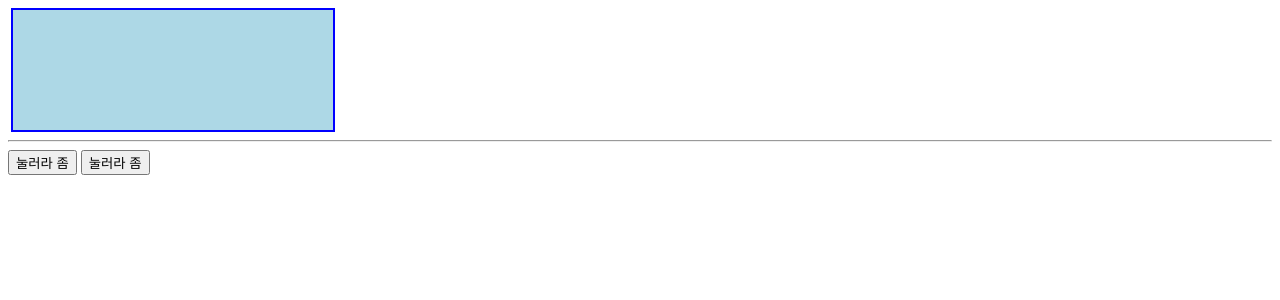
Repository: tjdwlsl/jspstudy
Page: http://localhost/JQuery_Ajax/jquery/ex14_width_height.jsp
An editor plug-in stored every save of this project. The page is shown before and after the next save, followed by the edit.
The browser window is 1280 px wide. The pictures show the whole page.
After loading, the first visible `#btn1` was clicked once.
The page is served by Tomcat 9. Other server files are loaded and not shown.

Above is the page before, as saved 2023-07-19 08:12:07.

### JQuery_Ajax/src/main/webapp/jquery/ex14_width_height.jsp
<%@ page language="java" contentType="text/html; charset=UTF-8"
    pageEncoding="UTF-8"%>
<!DOCTYPE html>
<html>
<head>
<meta charset="UTF-8">
<title>너비 높이 구하기/너비 높이 지정하기</title>
<style type="text/css">
	#mydiv{
		height: 100px;
		width: 300px;
		padding: 10px;
		margin: 3px;
		border: 2px solid blue;
		background-color: lightblue;
	}
</style>
<%-- jQuery 라이브러리 CDN --%>
<script src="https://ajax.googleapis.com/ajax/libs/jquery/3.7.0/jquery.min.js"></script>
<script type="text/javascript">
$(document).ready(function(){
	$("#btn1").on("click", function() {
		var txt = "width : " + $("#mydiv").width()+"<br>";
	})
});
</script>

</head>
<body>
	<div id="mydiv"></div>
	<hr>
	<button id="btn1">눌러라 좀</button>
	<button id="btn2">눌러라 좀</button>
</body>
</html>

After the next save:
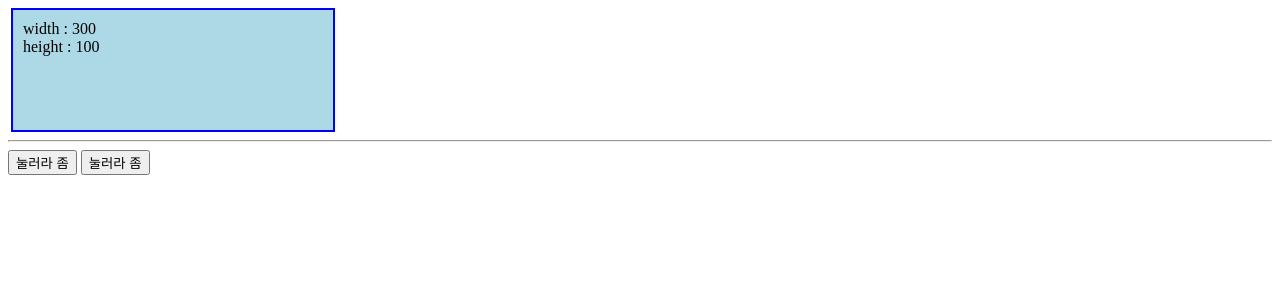
Saved 2 min 1 s later.
--- a/JQuery_Ajax/src/main/webapp/jquery/ex14_width_height.jsp
+++ b/JQuery_Ajax/src/main/webapp/jquery/ex14_width_height.jsp
@@ -21,7 +21,9 @@
 $(document).ready(function(){
 	$("#btn1").on("click", function() {
 		var txt = "width : " + $("#mydiv").width()+"<br>";
-	})
+		txt += "height : " + $("#mydiv").height();
+		$("#mydiv").append(txt);
+	});
 });
 </script>
 
